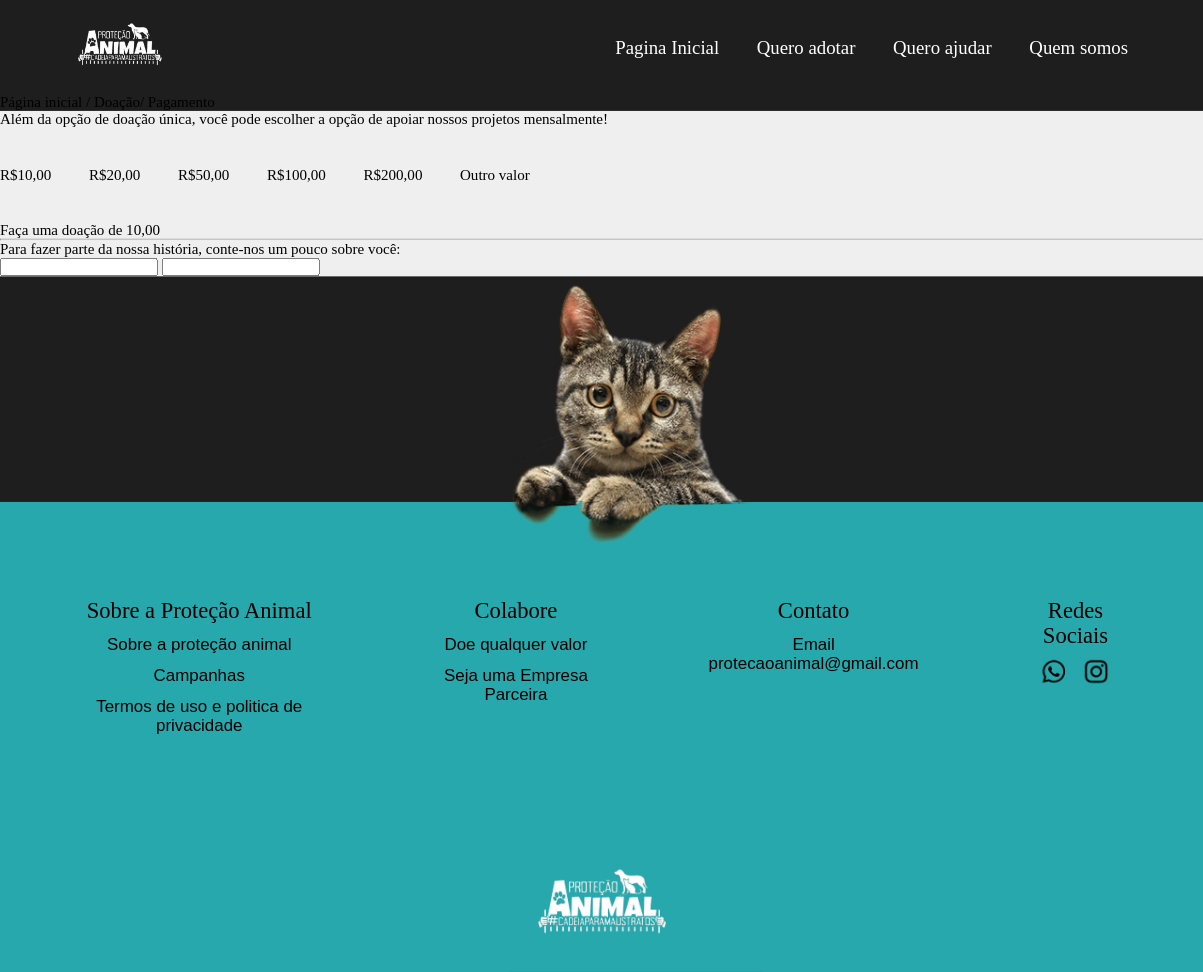
Repository: edjunior-nascimento/protecao-animal-web
Page: src/pages/formulario-doacao/index.html
These files come from the project's save history. The page is drawn as it stood at one moment and after a run of saves; the edit follows.
The browser window is 1280 px wide. The pictures show the whole page, at 94% of full size.

Above is the page before, as saved 2025-02-22 03:36:55.

After the next 2 saves:
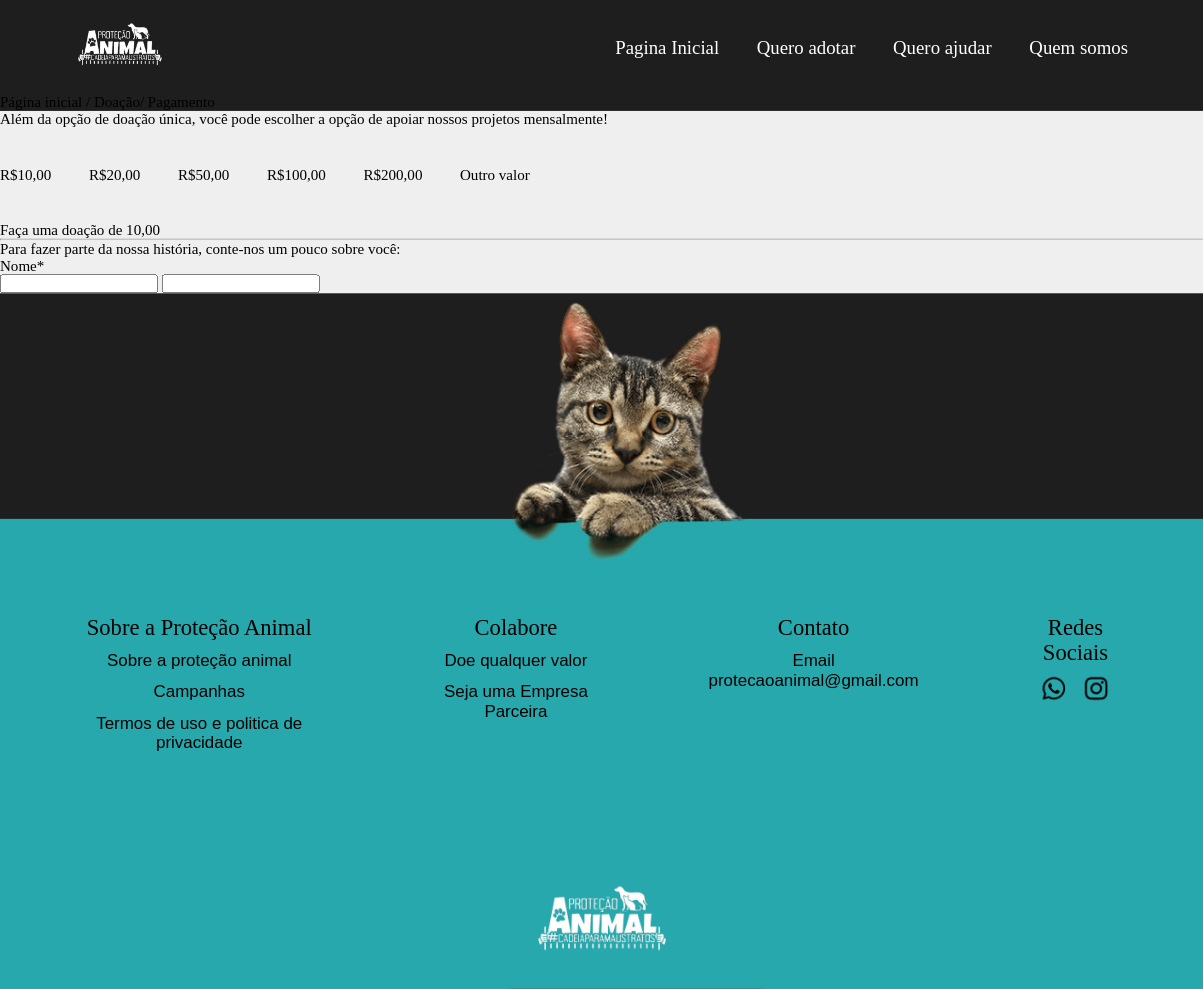
The 2 saves are shown as one change because they came seconds apart.
The last was saved 8 s later.
--- a/src/pages/formulario-doacao/index.html
+++ b/src/pages/formulario-doacao/index.html
@@ -74,7 +74,7 @@
                 </div>
                 <div class="dados">
                     <form action="/send" method="post" target="_blank" >
-                        <label>
+                        <label><p>Nome*</p>
                         <input type="text" name="Nome*" id="Nome*"></label>
                         <input type="text">
                     </form>
